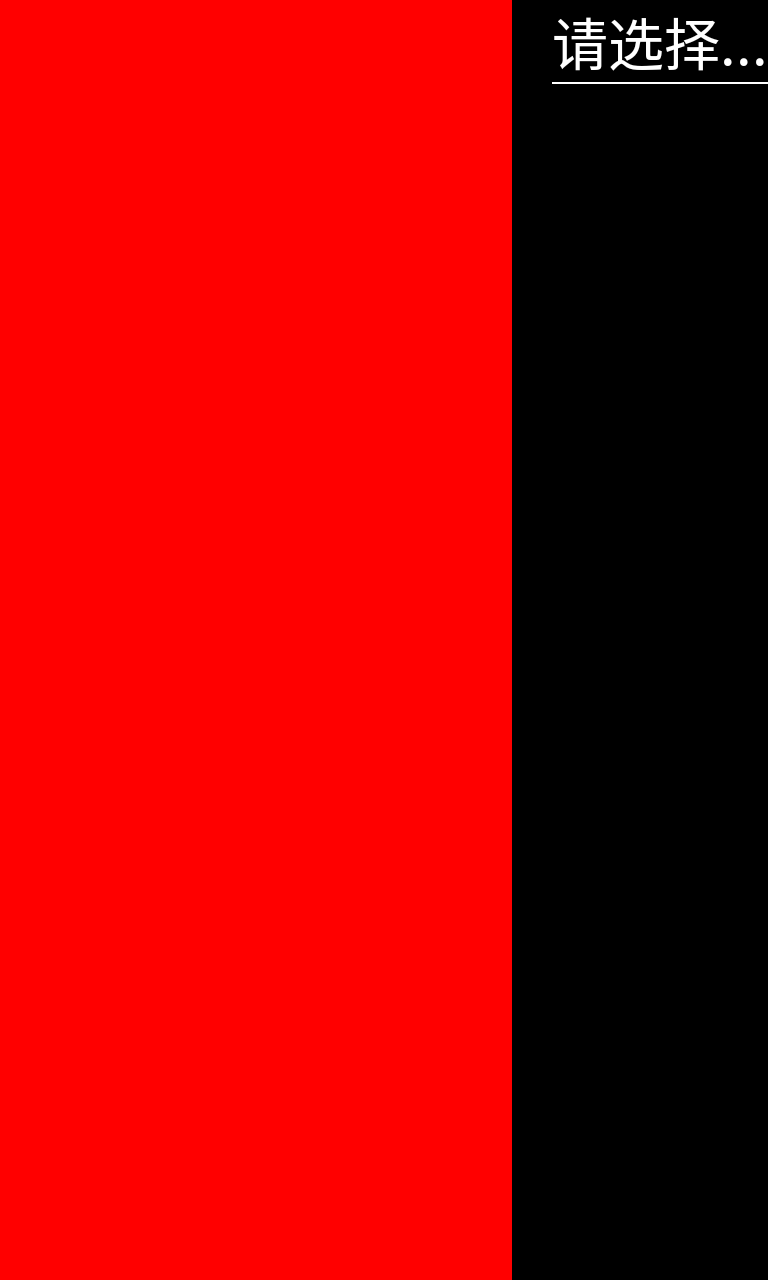
Repository: hhxiaojQCS/QCS_ListView
Layout: QCS/res/layout/activity_filter.xml
The author's editor kept a copy of each file at every save. The layout is drawn from the files as they stood at one save, then again after the next save.
It is drawn on a 768 x 1280 px phone screen (xhdpi) without system bars, with theme AppTheme; the app's code is not run. Lists and similar views that code fills are empty.

Above is the layout before, as saved 2013-08-07 08:09:16.

### QCS/res/layout/activity_filter.xml
<?xml version="1.0" encoding="utf-8"?>
<LinearLayout xmlns:android="http://schemas.android.com/apk/res/android"
    android:id="@+id/lilay01"
    android:layout_width="fill_parent"
    android:layout_height="fill_parent"
    android:background="#000000"
    android:orientation="horizontal" >

    <LinearLayout
        android:id="@+id/lilay_filter_01"
        android:layout_width="match_parent"
        android:layout_height="match_parent"
        android:layout_weight="2"
        android:background="#FF0000"
        android:orientation="vertical"
        android:alpha="100" >
    </LinearLayout>

    <LinearLayout
        android:id="@+id/lilay_filter_02"
        android:layout_width="match_parent"
        android:layout_height="match_parent"
        android:layout_weight="4"
        android:orientation="vertical" >

        <LinearLayout
            android:layout_width="match_parent"
            android:layout_height="100dp"
            android:background="#000000"
            android:gravity="left"
            android:orientation="vertical"
            android:paddingLeft="20dip" >

            <TextView
                android:id="@+id/tv_01"
                android:layout_width="match_parent"
                android:layout_height="wrap_content"
                android:text="请选择..."
                android:textColor="#FFFFFF"
                android:textSize="28sp" />

            <View
                android:layout_width="fill_parent"
                android:layout_height="1dp"
                android:background="#FFFFFF" />
        </LinearLayout>

        <ListView
            android:id="@+id/lv01"
            android:layout_width="wrap_content"
            android:layout_height="wrap_content" />
    </LinearLayout>

</LinearLayout>

Loaded but not shown: QCS/res/values/styles.xml (common file); QCS/res/values-v11/styles.xml (common file); QCS/res/values-v14/styles.xml (common file)

After the next save:
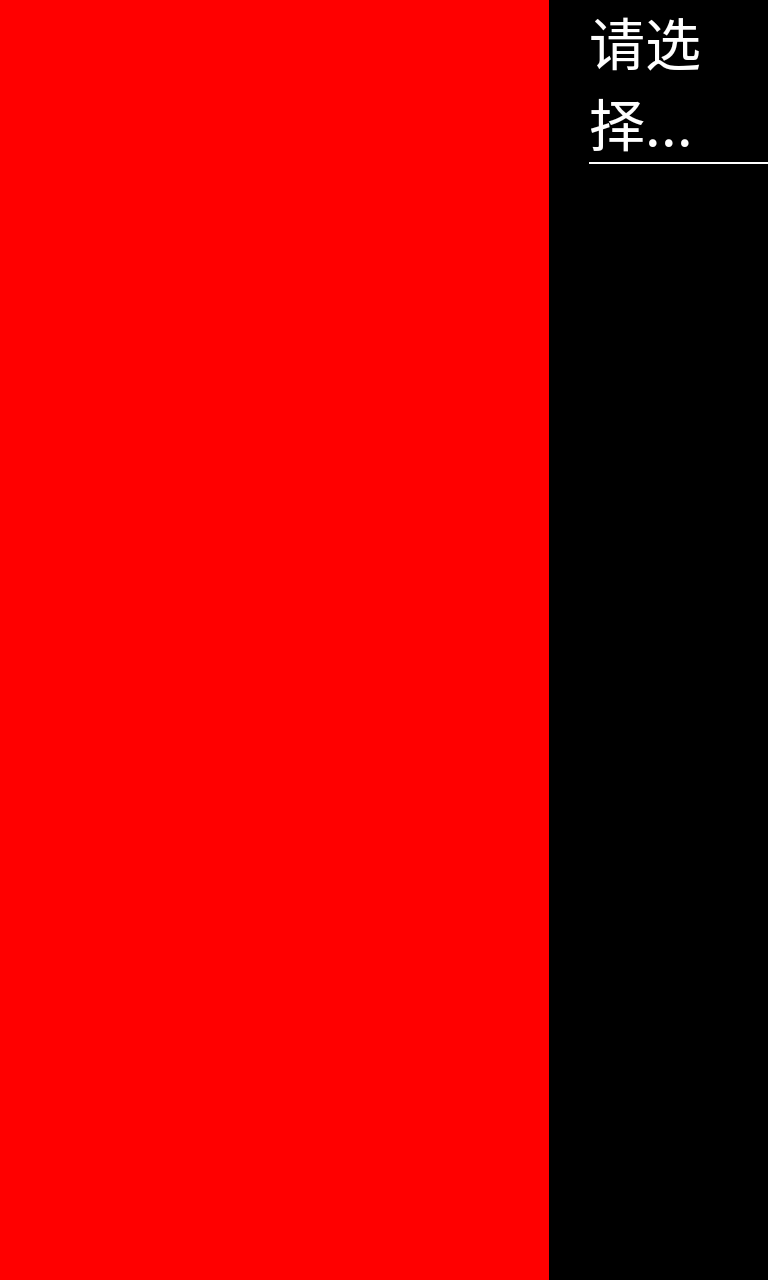
Saved 39 s later.
--- a/QCS/res/layout/activity_filter.xml
+++ b/QCS/res/layout/activity_filter.xml
@@ -20,7 +20,7 @@
         android:id="@+id/lilay_filter_02"
         android:layout_width="match_parent"
         android:layout_height="match_parent"
-        android:layout_weight="4"
+        android:layout_weight="5"
         android:orientation="vertical" >
 
         <LinearLayout
